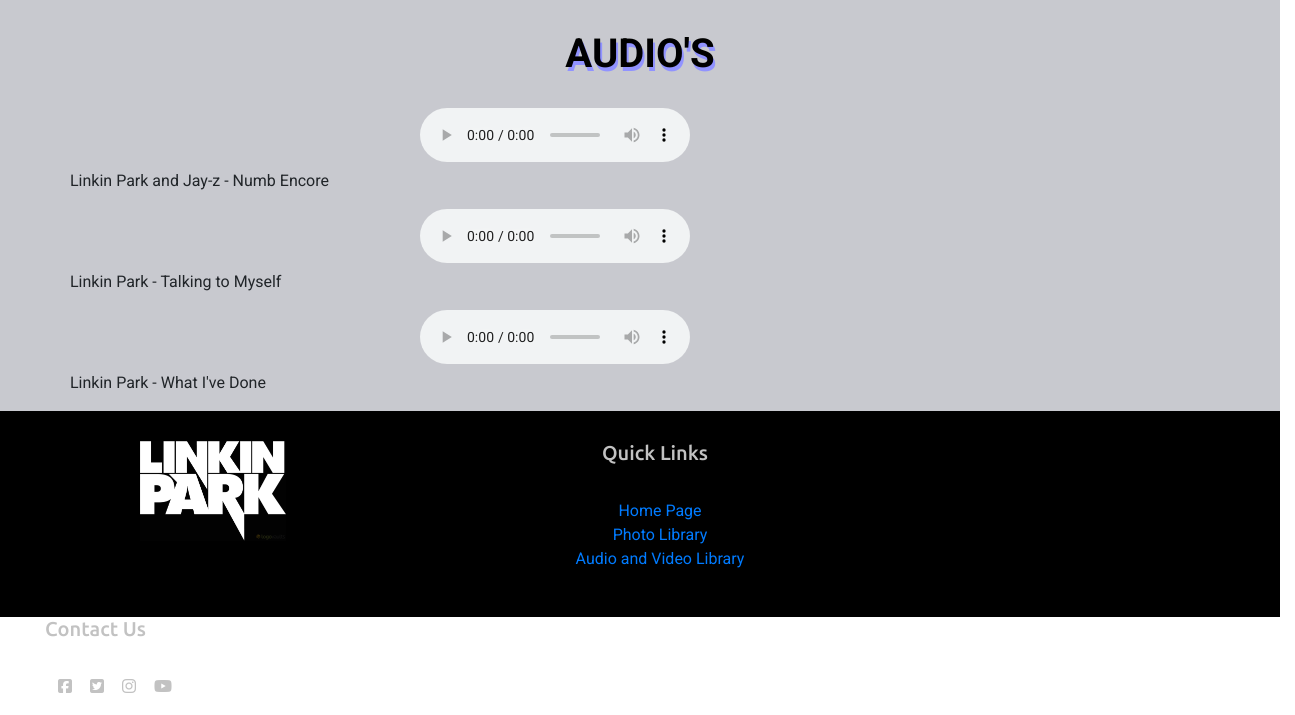
Repository: vaida898/website
Page: audio-video.html
The author's editor kept a record of every edit. The page is drawn from the files as they stood at one moment, then again after the next edit.
The browser window is 1280 px wide. The page is 1295 px wide, so the pictures cover 1295 px, including what lies to the right of the window. The pictures show the part of the page from y = 1471 to 2216 px (the page is 2186 px tall before and 2216 px after).
Some web libraries are served in a nearby version.

Above is the page before.
Console error: TypeError: Cannot read properties of undefined (reading 'fn')

### audio-video.html
<!DOCTYPE html>
<html lang="en">

<head>
    <meta charset="UTF-8">
    <meta name="viewport" content="width=device-width, initial-scale=1.0">
    <meta http-equiv="X-UA-Compatible" content="ie=edge">
    <title>LinkinPark website</title>

    <link rel="stylesheet" href="https://stackpath.bootstrapcdn.com/bootstrap/4.3.1/css/bootstrap.min.css" integrity="sha384-ggOyR0iXCbMQv3Xipma34MD+dH/1fQ784/j6cY/iJTQUOhcWr7x9JvoRxT2MZw1T" crossorigin="anonymous">
    <script src="https://kit.fontawesome.com/642fee131a.js" crossorigin="anonymous"></script>
    <script src="https://stackpath.bootstrapcdn.com/bootstrap/4.3.1/js/bootstrap.min.js" integrity="sha384-JjSmVgyd0p3pXB1rRibZUAYoIIy6OrQ6VrjIEaFf/nJGzIxFDsf4x0xIM+B07jRM" crossorigin="anonymous"></script>
    <link rel="stylesheet" href="https://cdnjs.cloudflare.com/ajax/libs/hover.css/2.3.1/css/hover-min.css" type="text/css" />
    <!-- Google font "Ubuntu" -->

    <link href="https://fonts.googleapis.com/css?family=Ubuntu:300,400,500,600,700&display=swap" rel="stylesheet">
    <link href="https://fonts.googleapis.com/css?family=Roboto:400,400i,500,500i,700,700i,900,900i&display=swap" rel="stylesheet">
    <link rel="stylesheet" href="css/style.css" type="text/css" />

</head>

<body>

    <!-- Navigation bar -->

    <header>
        <div class="container-fluid navalert-container">
            <nav class="navbar navbar-light navbar-expand-sm" style="background-color: #3D3FD1">
                <a target="_blank" href="index.html">
                    <i class="brand">LinkinPark</i>
                </a>
                <button class="navbar-toggler ml-auto" type="button" data-toggle="collapse" data-target="#navbarNavDropdown" aria-controls="navbarNavDropdown" aria-expanded="false" aria-label="Toggle navigation">
        <span class="navbar-toggler-icon"></span></button>

                <div id="navbarNavDropdown" class="collapse navbar-collapse">
                    <ul class="navbar-nav mr-auto">
                        <li class="nav-item mr-2 hvr-glow"><a class="nav-link" href="/">Home</a></li>
                        <li class="nav-item mr-2 hvr-glow"><a class="nav-link" href="/Photo library">Photo library</a></li>
                        <li class="nav-item mr-2 hvr-glow"><a class="nav-link" href="/Audio and Video library">Audio and Video library</a></li>
                        <li class="nav-item mr-2 hvr-glow"><a class="nav-link" href="/Contact Us">Contact Us</a></li>
                    </ul>
                </div>
            </nav>
        </div>
    </header>

    <section class="bg-videos">
        <div class="container videos-container">
            <div class="row">
                <div class="col-12 col-md-12 col-sm-12 col-xs-12">
                    <h1 class="text-uppercase text-center videos-header">Videos</h1>
                </div>
                <div class="video-responsive embed-responsive embed-responsive-16by9">
                    <iframe width="560" height="315" src="https://www.youtube.com/embed/eVTXPUF4Oz4" frameborder="0" allow="accelerometer; autoplay; encrypted-media; gyroscope; picture-in-picture" allowfullscreen></iframe>
                </div>
                <div class="video-responsive embed-responsive embed-responsive-16by9">
                    <iframe width="560" height="315" src="https://www.youtube.com/embed/LYU-8IFcDPw" frameborder="0" allow="accelerometer; autoplay; encrypted-media; gyroscope; picture-in-picture" allowfullscreen></iframe>
                </div>
            </div>
        </div>

    </section>


    <section class="bg-audio">
        <div class="container audio-container">
            <div class="row">
                <div class="col-12 col-md-12 col-sm-12 col-xs-12">
                    <h1 class="text-uppercase text-center audios-header">Audio's</h1>
                </div>
                <div class="audio-controls">
                    <audio id="audio" controls>
                    <source src="./audio/NumbEncore.mp3" type="audio/mpeg">
                    <source src="./audio/NumbEncore.ogg" type="audio/ogg">
                    Your browser does not support the audio element.
                </audio>
                    <p class="comment"> Linkin Park and Jay-z - Numb Encore</p>
                    <audio id="audio" controls>
                    <source src="./audio/Talking.mp3" type="audio/mpeg">
                    <source src="./audio/Talking.ogg" type="audio/ogg">
                    Your browser does not support the audio element.
                </audio>
                    <p class="comment"> Linkin Park - Talking to Myself</p>
                    <audio id="audio" controls>
                    <source src="./audio/What.mp3" type="audio/mpeg">
                    <source src="./audio/What.ogg" type="audio/ogg">
                    Your browser does not support the audio element.
                </audio>
                    <p class="comment"> Linkin Park - What I've Done</p>
                </div>
            </div>
    </section>


    <!--Footer-->


    <footer id="footer">
        <div class="main-footer text-center">
            <div class="row">
                <div class="col-md-4">
                    <a class="footer-logo" href="#"><img src="./images/linkinpark.jpg" alt="logo"></img></a>
                </div>
                <div class="col-md-4">
                    <h5 class="quick-links">Quick Links<span></span></h5>
                    <ul class="menu-link">
                        <li>
                            <div class="menu-link-item"><a href="#.">Home Page</a></div>
                        </li>
                        <li>
                            <div class="menu-link-item"><a href="#.">Photo Library</a></div>
                        </li>
                        <li>
                            <div class="menu-link-item"><a href="#.">Audio and Video Library</a></div>
                        </li>
                    </ul>
                </div>
            </div>
        </div>
        <div class="col-md-4">
            <h5 class="contact">Contact Us<span></span></h5>
            <ul class="social-links">
                <li class="list-inline-item">
                    <a target="_blank" href="#">
                                <i class="fab fa-facebook-square" aria-hidden="true">
                                     <span class="sr-only">Facebook</span>
                                </i>
                        </a>
                </li>
                <li class="list-inline-item">
                    <a target="_blank" href="#">
                            <i class="fab fa-twitter-square" aria-hidden="true">
                                <span class="sr-only">Twitter</span>
                            </i>
                        </a>
                </li>
                <li class="list-inline-item">
                    <a target="_blank" href="#">
                            <i class="fab fa-instagram" aria-hidden="true">
                                <span class="sr-only">Instagram</span>
                            </i>
                        </a>
                </li>
                <li class="list-inline-item">
                    <a target="_blank" href="#">
                            <i class="fab fa-youtube" aria-hidden="true">
                                <span class="sr-only">Youtube</span>
                            </i>
                        </a>
                </li>
            </ul>
        </div>
        </div>
        </div>
    </footer>


    <script src="https://code.jquery.com/jquery-3.3.1.slim.min.js" integrity="sha384-q8i/X+965DzO0rT7abK41JStQIAqVgRVzpbzo5smXKp4YfRvH+8abtTE1Pi6jizo" crossorigin="anonymous"></script>
    <script src="https://cdnjs.cloudflare.com/ajax/libs/popper.js/1.14.7/umd/popper.min.js" integrity="sha384-UO2eT0CpHqdSJQ6hJty5KVphtPhzWj9WO1clHTMGa3JDZwrnQq4sF86dIHNDz0W1" crossorigin="anonymous"></script>
    <script src="https://stackpath.bootstrapcdn.com/bootstrap/4.3.1/js/bootstrap.min.js" integrity="sha384-JjSmVgyd0p3pXB1rRibZUAYoIIy6OrQ6VrjIEaFf/nJGzIxFDsf4x0xIM+B07jRM" crossorigin="anonymous"></script>

</body>

</html>

### css/style.css
body {
    font-family: 'Ubuntu', sans-serif;
    font-family: 'Roboto', sans-serif;
}

/* Navbar -----------------------------------*/

.navalert-container {
    position: fixed;
    top: 0;
    left: 0;
    padding-left: 0;
    padding-right: 0;
    z-index: 1;
}

.navbar {
    margin-bottom: 0;
    border: 0;
    width: 100%;
    background-color: rgba(0, 0, 0, 0.25);
    box-shadow: 0 0 25px 0 black;
}

.brand {
    font-weight: bold;
    text-decoration: none;
    color: black;
    font-size: 30px;
    padding-right: 50px;
}

.navbar-inner {
    background: transparent;
}

/* Page header ----------------------*/

.page-header {
    margin-top: 30px;
    margin-bottom: 0;
    border-bottom: 0;
    text-align: center;
}



/* Band's history ----------------------*/

.history-container {
    background: url(../images/background.jpg) no-repeat center center fixed;
    background-size: cover;
    -webkit-background-size: cover;
    -moz-background-size: cover;
    -o-background-size: cover;

    top: 40px;
    display: flex;
    align-items: center;
    justify-content: center;
    text-align: center;
    padding-left: 100px;
    padding-right: 100px;
    padding-bottom: 40px;

    position: relative;
    box-shadow: 0 0 25px 0 black
}

.opaque-overlay {
    position: absolute;
    width: 100%;
    height: 100%;
    top: 0;
    left: 0;
    background-color: rgba(0, 0, 0, 0.5);
}



/* Block-divider ---------------------------*/

.block-divider {
    width: 500px;
    height: 5px;
    border: 0;
    background-color: #7A7CE7;
}



/* Members container---------------------*/

.members-header {
    margin-top: 0;
    text-decoration: none;
    font-family: 'Roboto', sans-serif;
    font-weight: 600;
    text-shadow: 1px 1px #9193FF;
}

.members-container {
    padding-top: 60px;
    padding-bottom: 60px;
    box-shadow: 0 0 25px 0 black;
    width: 100%;
    border: 0;
}

ul .members-list {
    text-align: left;
    list-style-position: inside;
    vertical-align: middle;
    list-style-type: disc;
}

.members-list {
    font-size: 20px;
    font-family: 'Roboto', sans-serif;
    font-weight: 400;
    font-style: italic;
    text-shadow: 1px 1px #9193FF;
}

.members-list li:before {
    content: "";
    margin-left: 30px;
}


/* Discogrpahy container -------------------*/

.container-wrapper--blue {
    background-color: #3D3FD1;
    color: black;
}

.discs-header {
    text-decoration: none;
    color: white;
    font-family: 'Roboto', sans-serif;
    font-weight: 600;
    text-shadow: 1px 1px #C5C5CC;
}


.discography-container {
    padding-top: 30px;
    padding-bottom: 60px;
    box-shadow: 0 0 25px 0 black;
    width: 100%;
    border: 0;
}

ul .discs-list {
    text-align: right;
    list-style-position: inside;
    vertical-align: middle;
    list-style-type: square;
}

.discs-list {
    font-size: 20px;
    color: white;
    font-family: 'Roboto', sans-serif;
    font-weight: 400;
    font-style: italic;
    text-shadow: 1px 1px #C5C5CC;
}

.discs-list li:before {
    content: "";
    margin-left: 30px;
}


/* Jumbotron -------------------------------*/

.jumbotron-header {
    color: white;
    font-weight: bold;
    margin-top: 30px;
    margin-bottom: 30px;
}

.jumbotron-paragraph {
    color: white;
    font-weight: bold;
    margin-top: 30px;
    margin-bottom: 30px;
}

.jumbotron-text {
    color: #C2C2C2;
    font-size: 20px;
}

/* Footer ------------------------------*/

#footer .main-footer {
    padding: 30px 0;
    background-color: black;
}

.footer-logo {
    width: 32px;
    height: 32px;
    margin-left: 20px;
    padding: 0;
    background-color: black;
}

.quick-links {
    font-family: "Ubuntu", sans-serif;
    font-weight: 500;
    min-height: 50px;
    color: #C2C2C2;
    margin-left: 30px;
}

ul.menu-link li {
    list-style-type: none !important;
}

.contact {
    font-family: "Ubuntu", sans-serif;
    font-weight: 500;
    min-height: 50px;
    color: #C2C2C2;
    margin-left: 30px;
}

.social-links li a i {
    margin: 3px;
    color: #C2C2C2;
    transition: all 0.35s ease-in-out;
    -moz-transition: all 0.35s ease-in-out;
    -webkit-transition: all 0.35s ease-in-out;
    -o-transition: all 0.35s ease-in-out;
}

.social-links li a i:hover {
    color: #3D3FD1;
}

#footer-details {
    padding: 20px;
}


/* Photos file ------------------------------*/

.pics-container {
    padding-top: 80px;
}


.pics-container img {
    width: 800px;
    height: 200px;
    object-fit: fill;
    padding-left: 0;
    padding-top: 0;
    margin-top: 20px;
    margin-bottom: 20px;

}


/* Audio's and videos file ------------------------------*/

.bg-videos,
.bg-audio {
    background-color: #C8C9CF;
}

.videos-container,
.audios-container {
    margin-top: 30px;
    padding-top: 100px;

}

.videos-header {
    font-family: 'Roboto', sans-serif;
    font-weight: 600;
    text-shadow: 2px 4px #9193FF;
    color: black;
    margin-bottom: 10px;
}

.video-responsive {
    overflow: hidden;
    padding-bottom: 56.25%;
    position: relative;
    height: 0;
}

.video-responsive iframe {
    padding-top: 40px;
    left: 0;
    top: 0;
    height: 100%;
    width: 100%;
    position: absolute;
}


.audios-header {
    font-family: 'Roboto', sans-serif;
    font-weight: 600;
    text-shadow: 2px 4px #9193FF;
    color: black;
    margin-top: 30px;
    margin-bottom: 30px;
}

#audio {
    margin-left: 350px;
    padding-right: 30px;
    text-align: center;
}

#comment {
    font-family: 'Roboto', sans-serif;
    font-weight: 400i;
    margin-left: 60px;
    margin-top: 10px;

}

After the next edit:
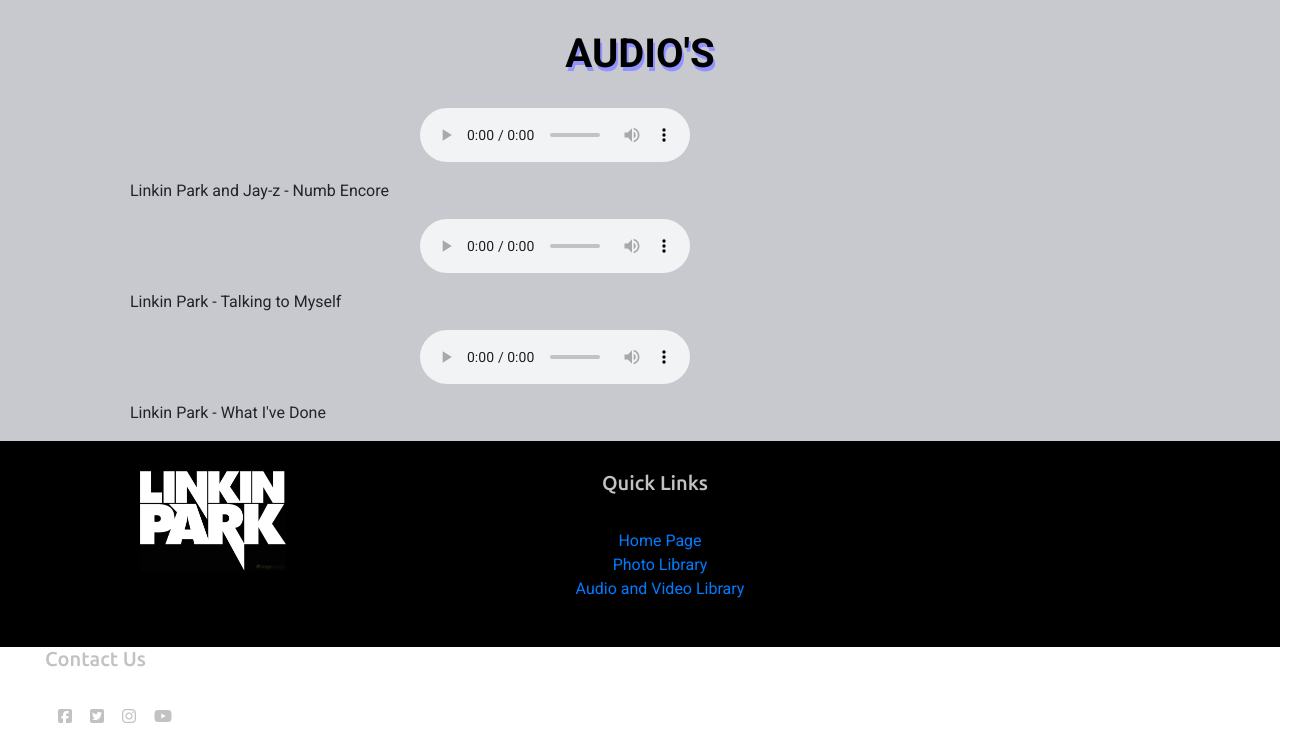
The edit:
--- a/css/style.css
+++ b/css/style.css
@@ -321,7 +321,7 @@
     text-align: center;
 }
 
-#comment {
+.comment {
     font-family: 'Roboto', sans-serif;
     font-weight: 400i;
     margin-left: 60px;
